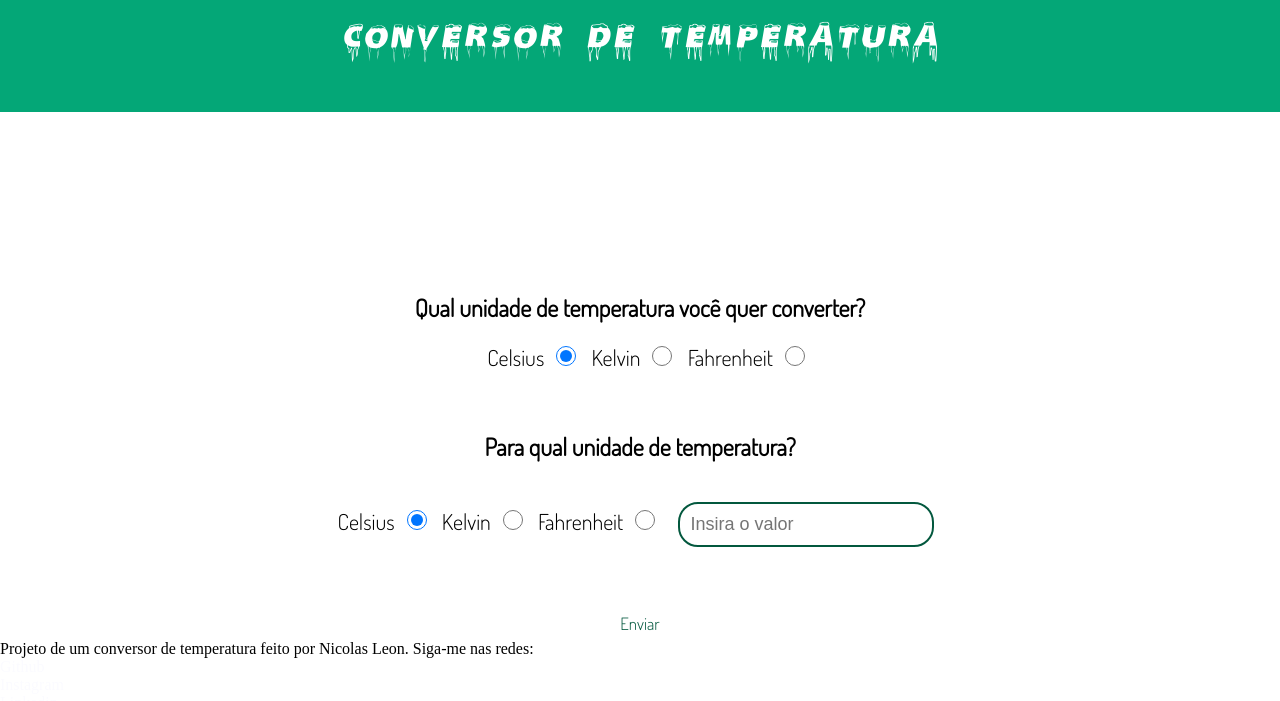
Repository: Leonngc/Conversor-de-temperatura
Page: index.html
An editor plug-in stored every save of this project. The page is shown before and after a run of saves, followed by the edit.
The browser window is 1280 px wide. The pictures show the whole page.
The pointer rests on the first visible `#submit`.
Some icons come from a web library that is not loaded, so they are not drawn.

Above is the page before, as saved 2023-02-10 23:35:57.

After the next 2 saves:
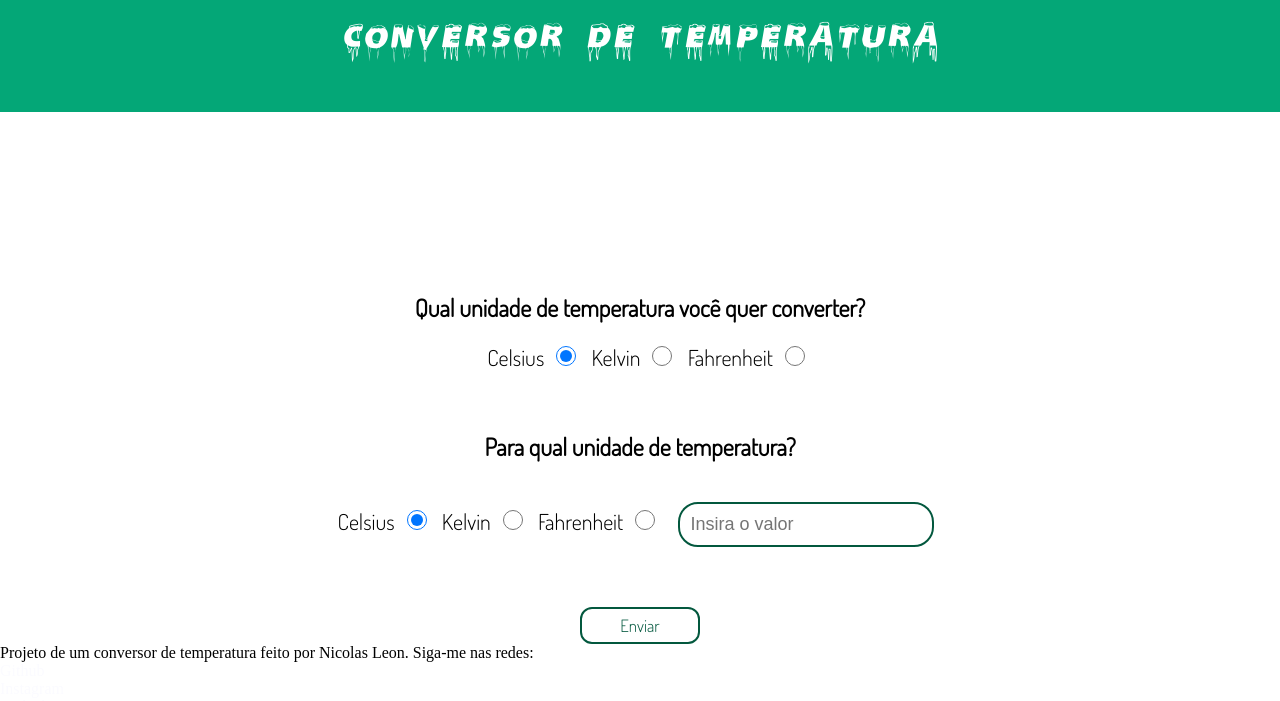
The 2 saves are shown as one change because they came seconds apart.
The last was saved 7 s later.
--- a/style.css
+++ b/style.css
@@ -118,5 +118,6 @@ label{
 #submit:hover{
     background-color: white;
     color: #03583e;
-    border: ;
+    border: 2px solid
+    #03583e;
 }
